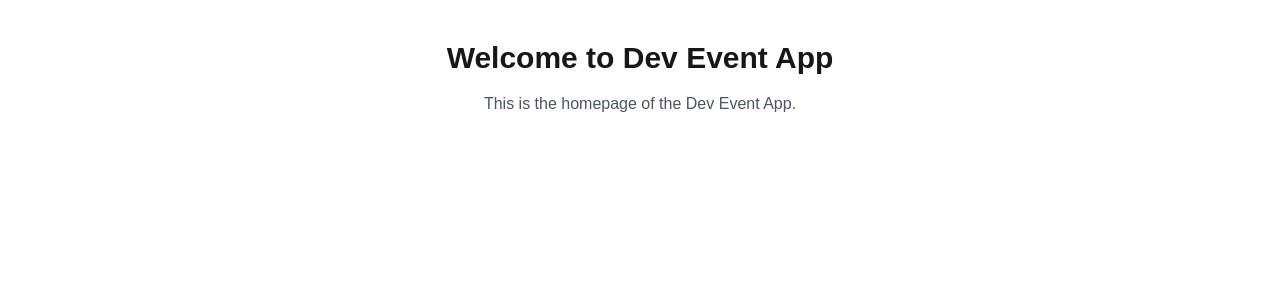
Repository: harshhariyani404/dev-events
Page: /
An editor plug-in stored every save of this project. The page is shown before and after the next save, followed by the edit.
The browser window is 1280 px wide. The pictures show the whole page.
The project was rebuilt for these pictures with package versions that can differ from the ones it lists, and the page was loaded fresh each time. The framework's server and built-in components were replaced by stand-ins that run in the browser. Also part of the build but not shown: next.config.ts.

Above is the page before, as saved 2026-02-06 14:17:26.

After the next save:
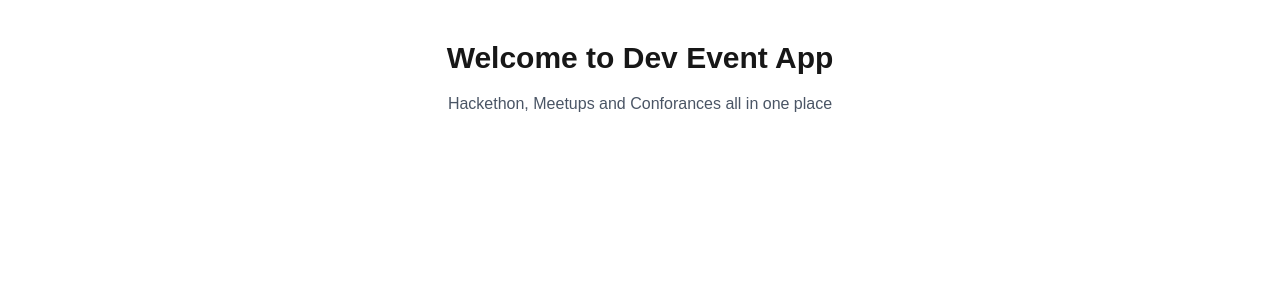
Saved 97 s later.
--- a/app/page.tsx
+++ b/app/page.tsx
@@ -2,7 +2,7 @@ const page = () => {
   return (
     <section>
       <h1 className="text-3xl font-bold text-center mt-10">Welcome to Dev Event App</h1>
-      <p className="text-center mt-4 text-gray-600">This is the homepage of the Dev Event App.</p>
+      <p className="text-center mt-4 text-gray-600">Hackethon, Meetups and Conforances all in one place</p>
     </section>
   );
 }
